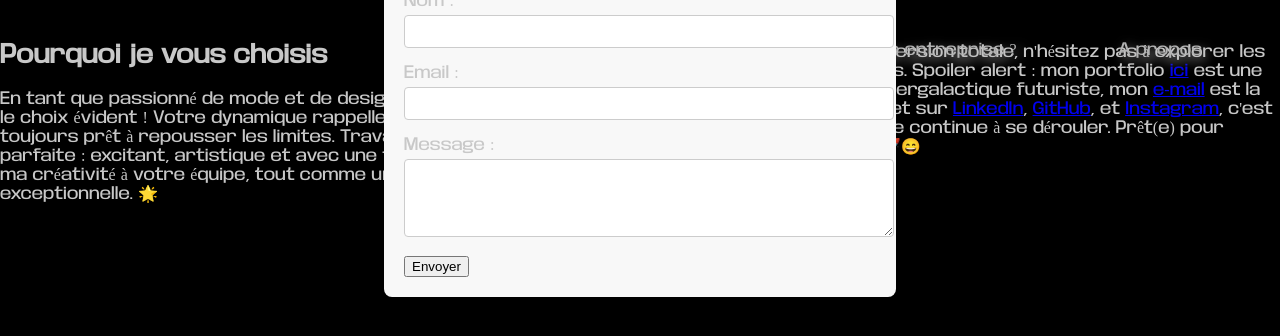
Repository: inessben/application
Page: about/about.html
These files come from the project's save history. The page is drawn as it stood at one moment and after the next save; the edit follows.
The browser window is 1280 px wide. The pictures show the whole page.

Above is the page before, as saved 2023-12-03 21:52:00.

After the next save:
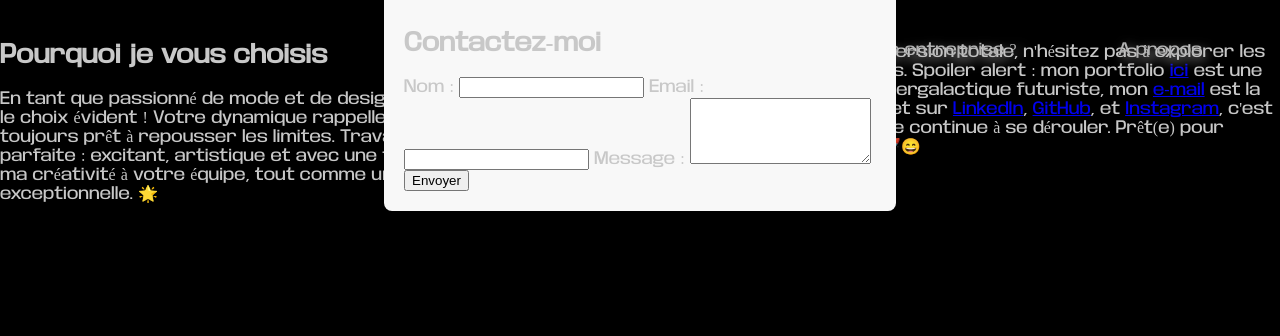
Saved 12 s later.
--- a/about/about.css
+++ b/about/about.css
@@ -64,7 +64,7 @@ body {
     transition: transform 0.3s ease-in-out;
     }
 
-#contact-form h2 {
+/* #contact-form h2 {
     text-align: center;
     color: #333;
     }
